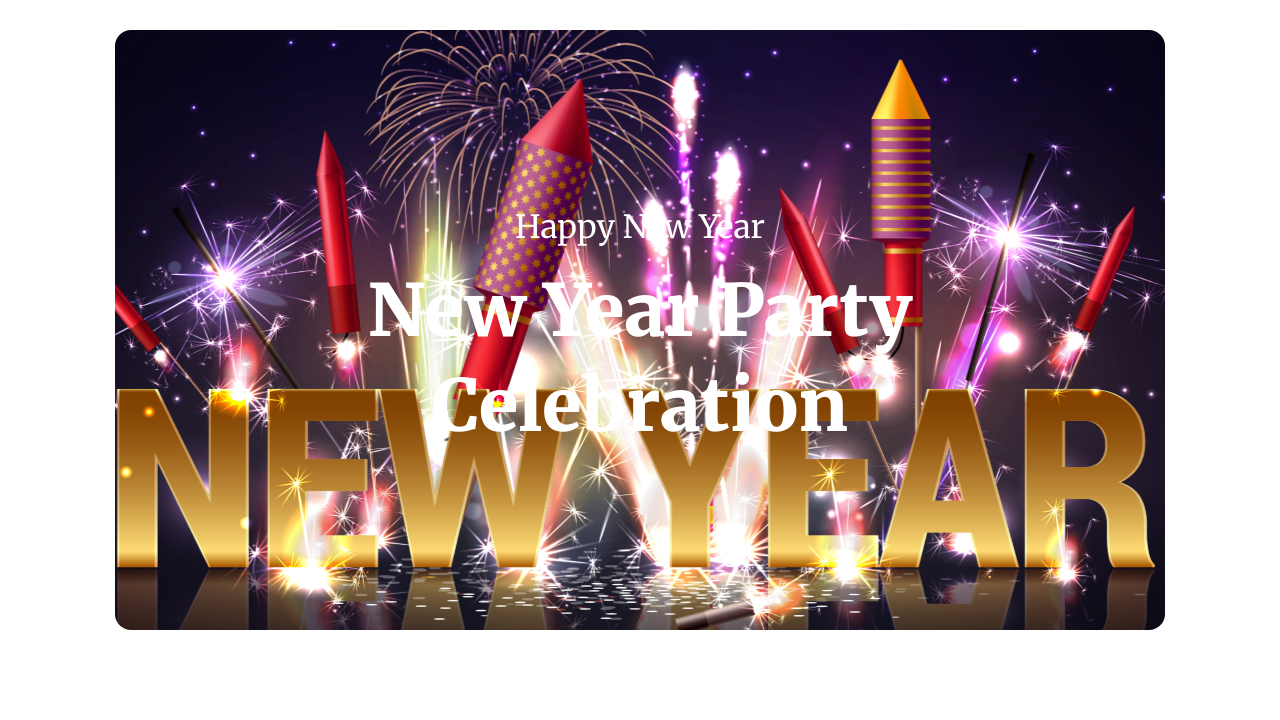
Repository: rahmatahmedrifat/First-Assignment
Page: index.html
These files come from the project's save history. The page is drawn as it stood at one moment and after the next save; the edit follows.
The browser window is 1280 px wide. The pictures show the whole page.

Above is the page before, as saved 2024-01-08 01:07:45.

### index.html
<!DOCTYPE html>
<html lang="en">
<head>
    <meta charset="UTF-8">
    <meta name="viewport" content="width=device-width, initial-scale=1.0">
    <!-- Title  -->
    <title>New Year 2024</title>
    <!-- favicon icon linked -->
    <link rel="shortcut icon" href="images/banner and other images/New Year Photo.png" type="image/x-icon">
    <!-- style css linked-->
    <link rel="stylesheet" href="Style/style.css">
</head>
<body>
    <!-- header part  -->
    <header>
        <section id="banner">
            <div class="container">
                <div class="banner-container">
                    <div class="banner-shadow">
                        <div class="banner-content">
                            <h3 class="celebration">Happy New Year</h3>
                            <h2 class="banner-title">New Year Party Celebration</h2>
                        </div>
                    </div>
                </div>
            </div>
        </section>
    </header>
    <!-- main part -->
    <main></main>
    <!--  footer part -->
    <footer></footer>
</body>
</html>

### Style/style.css
/* import google fonts */
@import url('https://fonts.googleapis.com/css2?family=Inter:wght@100;200;300;400;500;600;700;800;900&family=Merriweather:ital,wght@0,300;0,400;0,700;0,900;1,300;1,400;1,700;1,900&display=swap');

*{
    margin: 0;
    padding: 0;
    outline: 0;
}

.container{
    width: 82%;
    margin: 0 auto;
}
#banner{
    margin-top: 30px;
}
.banner-container{
    background-image: url(../images/Banner\ Image.png);
    background-size: cover;
    background-repeat: no-repeat;
    background-position: center;
    border-radius: 16px;
    padding: 177px 0px;
}
/* .banner-container::after{
    position: absolute;
    content: "";
    top: 0;
    left: 0;
    width: 100%;
    height: 100%;
    background: linear-gradient(180deg, #070211 0%, rgba(7, 2, 17, 0.00) 100%);
} */
.banner-container .banner-content{
    width: 632px;
    margin: 0 auto;
}
.banner-container .banner-content .celebration{
    color: #FFF;
    text-align: center;
    font-family: Merriweather;
    font-size: 32px;
    font-style: normal;
    font-weight: 400;
    line-height: normal;
    margin-bottom: 16px;
    z-index: 99;
}
.banner-container .banner-content .banner-title{
    color: #FFF;
    text-align: center;
    font-family: Merriweather;
    font-size: 72px;
    font-style: normal;
    font-weight: 900;
    line-height: 95px;
}

After the next save:
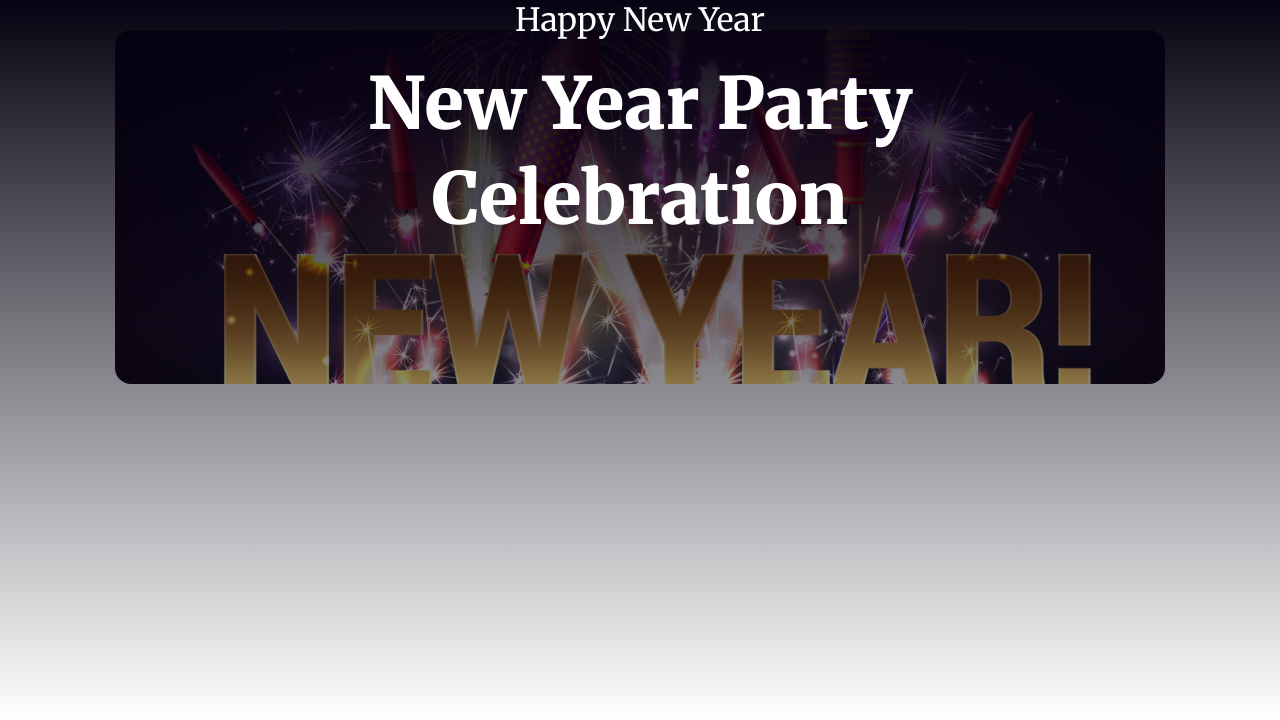
Saved 27 s later.
--- a/Style/style.css
+++ b/Style/style.css
@@ -22,7 +22,7 @@
     border-radius: 16px;
     padding: 177px 0px;
 }
-/* .banner-container::after{
+.banner-shadow{
     position: absolute;
     content: "";
     top: 0;
@@ -30,7 +30,7 @@
     width: 100%;
     height: 100%;
     background: linear-gradient(180deg, #070211 0%, rgba(7, 2, 17, 0.00) 100%);
-} */
+}
 .banner-container .banner-content{
     width: 632px;
     margin: 0 auto;
